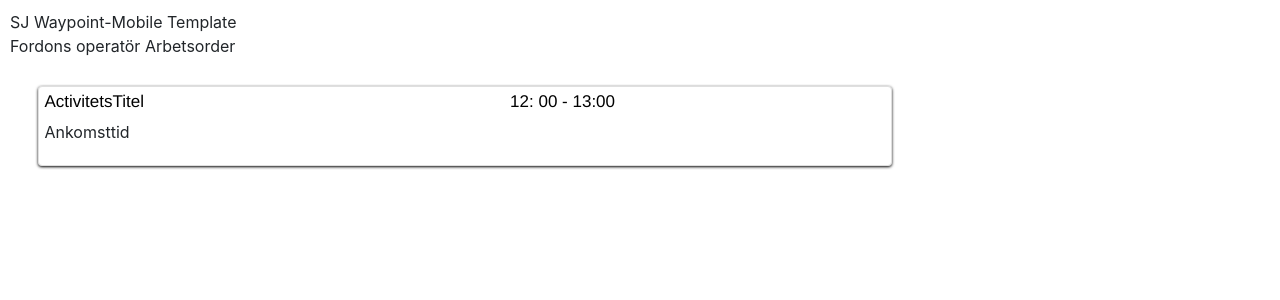
Repository: AdrianaLarsson/yarn-next-typescript
Page: /
An editor plug-in stored every save of this project. The page is shown before and after the next save, followed by the edit.
The browser window is 1280 px wide. The pictures show the whole page.
The project was rebuilt for these pictures with package versions that can differ from the ones it lists, and the page was loaded fresh each time. The framework's server and built-in components were replaced by stand-ins that run in the browser.

Above is the page before, as saved 2021-03-01 08:05:55.

### pages/_app.tsx
// Functionality
import type { AppProps } from 'next/app';
import Head from 'next/head';

// Styling
import 'bootstrap/dist/css/bootstrap.min.css';
import GlobalStyle from '../styles/Globals';
import { sjTheme } from '../styles/Theme';
import { ThemeProvider } from 'styled-components';

// Utils
import GlobalContext from '../components/particles/GlobalContext';

function MyApp({ Component, pageProps }: AppProps): JSX.Element {
  return (
    <>
      <Head>
        <title>SJ Template uhdiuasuasuash</title>
        <meta
          name="viewport"
          content="initial-scale=1.0, width=device-width"
          key="viewport"
        />
        <link rel="favicon" href="/favicon.ico" />
      </Head>
      <GlobalStyle />
      <ThemeProvider theme={sjTheme}>
        <GlobalContext.Provider value={'Context test value'}>
          <Component {...pageProps} />
        </GlobalContext.Provider>
      </ThemeProvider>
    </>
  );
}

export default MyApp;

### pages/index.tsx
// Functionality
import { GetServerSideProps, GetServerSidePropsContext } from 'next';
import VehicleOpreator from '../components/WorkOrderVehicleOperator/vehicleopreator';
import GlobalStyle from '../styles/Globals'
interface serverSideProps {
  dummyPropsValue: string;
}

const Index = (props: serverSideProps): JSX.Element => {
  return (
    <div>
      <main>
        <div>SJ Waypoint-Mobile Template</div>
        <VehicleOpreator/>
        <div>
        </div>
      </main>
    </div>
  );
};

export const getServerSideProps: GetServerSideProps = async (
  context: GetServerSidePropsContext
) => {
  return {
    props: {
      dummyPropsValue: context.resolvedUrl
    }
  };
};

export default Index;

### styles/Globals.ts
import { createGlobalStyle } from 'styled-components';

export default createGlobalStyle`
    body,
    container {
      padding: 10px;
      display: center;
      flex-direction: column;
      align-items: center;
    },
    html {
        padding: 0;
        margin: 0;
        font-family: "-apple-system", "BlinkMacSystemFont", "Segoe UI", "Roboto",
            "Oxygen", "Ubuntu", "Cantarell", "Fira Sans", "Droid Sans", "Helvetica Neue",
            "sans-serif";
        height: 1px;
        margin: auto;
    }
    a {
        color: inherit;
        text-decoration: none;
    }
    * {
        -webkit-box-sizing: border-box;
        box-sizing: border-box;
    }
`;

### styles/Theme.ts
import { DefaultTheme } from 'styled-components';

const sjTheme: DefaultTheme = {
  colors: {
    main: 'black',
    secondary: 'gray'
  }
};

export { sjTheme };

### components/particles/GlobalContext.tsx
import { createContext } from 'react';

const GlobalContext = createContext(null);

export default GlobalContext;

### components/WorkOrderVehicleOperator/vehicleopreator.tsx
import React from "react";
import styled from "styled-components";
import { B4,H2 } from "../../styles/Typography/texStyles";
import StyledCard from "../organisms/Card/Card";

export const GridTitle = styled.div`
  display: grid;
  grid-template-columns: repeat(2, 1fr);
  grid-gap: 90px;

`;
export const GridBody = styled.div`
  display: grid;
  grid-template-columns: repeat(2, 2fr);
  grid-template-rows: 5px 5px;
  grid-gap: 1px;
`;

function vehicleOpreator() {
  return (
    <div>
      Fordons operatör Arbetsorder
      <StyledCard>
        <GridTitle>
          <B4>ActivitetsTitel</B4>
          <B4 style={{ fontSize: "17px" }}>12: 00 - 13:00</B4>
        </GridTitle>
        Ankomsttid
       {/*  <GridBody>
        <H2>Ankomsttid</H2>
        <H2>Avgångstid</H2>
        </GridBody> */}
      </StyledCard>


    </div>
  );
}

export default vehicleOpreator;

### styles/Typography/texStyles.tsx
import styled,{ css} from 'styled-components'

const baseStyle = css`
  font-family: sj_sans, Helvetica, Arial, sans-serif;
  font-style: normal;
  font-stretch: normal;
  line-height: normal;
  letter-spacing: normal;
  font-weight: normal;
  text-align: left;
  opacity: ${props => (1)};
`;

 export const B4 = styled.h4`
  ${baseStyle}
  color: black;
  font-size: 17px;
`;
export const H2 = styled.span`
  color: black;
  margin-top: 10px;
  font-size: 16px;
`;

### components/organisms/Card/Card.tsx
//Components
import Card from 'react-bootstrap/Card';
//Packages
import styled from 'styled-components/'
import px2vw from '../../../styles/px2vw';

const StyledCard = styled(Card)`
display: flex;
width: ${px2vw(280, 315)};
height: 5em;
margin: ${px2vw(32)};
padding-left: 5px;
padding: 5px;
background-color: rgba(0,0,0,0.0);
box-shadow: 0 1px 3px 0 rgba(0,0,0, 1.5);
border-radius: 4px;
@media (min-width: 1024px) {
    width: ${px2vw(100, 150)};
  }
`;
export default StyledCard;

Loaded but not shown: styles/px2vw.tsx (common file)

After the next save:
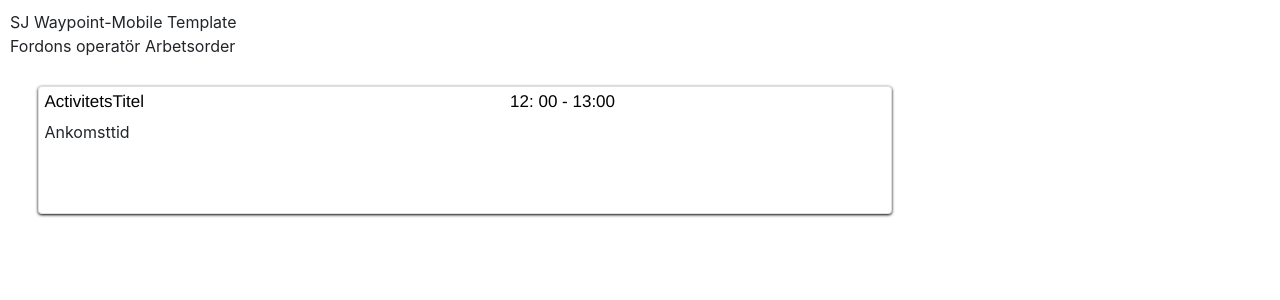
Saved 47 s later.
--- a/components/organisms/Card/Card.tsx
+++ b/components/organisms/Card/Card.tsx
@@ -7,7 +7,7 @@ import px2vw from '../../../styles/px2vw';
 const StyledCard = styled(Card)`
 display: flex;
 width: ${px2vw(280, 315)};
-height: 5em;
+height: 8em;
 margin: ${px2vw(32)};
 padding-left: 5px;
 padding: 5px;
